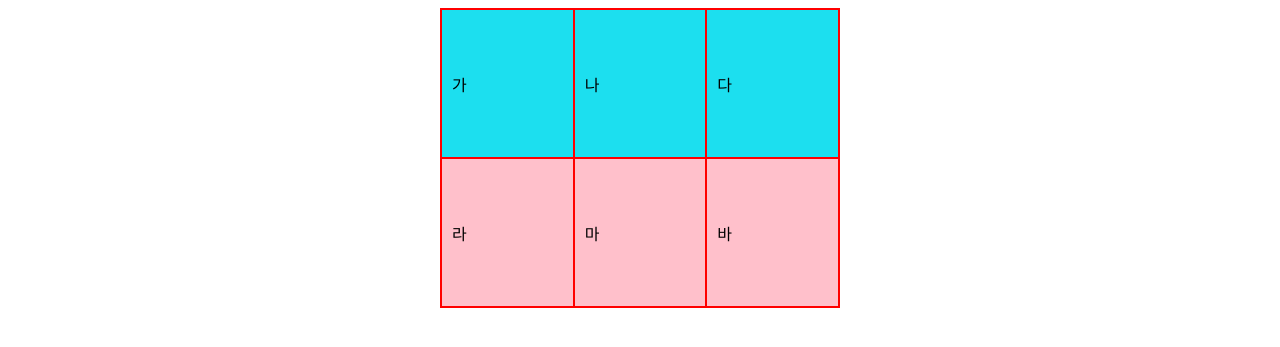
Repository: song-bean/Web_song
Page: 01_HTML/src/main/webapp/Ex09_table.html
An editor plug-in stored every save of this project. The page is shown before and after the next save, followed by the edit.
The browser window is 1280 px wide. The pictures show the whole page.

Above is the page before, as saved 2023-02-22 03:44:21.

### 01_HTML/src/main/webapp/Ex09_table.html
<!DOCTYPE html>
<html>
<head>
<meta charset="UTF-8">
<title>Ex09</title>
</head>
<body>
	<!-- 두줄 세칸 -->
	<table border="1" width="400" height="300"
			align="center" bordercolor="red"
			bgcolor="pink" cellspacing="0"
			cellpadding="10">
		<tr bgcolor="1cdfef"> <!-- 한 줄 -->
			<td>가</td> <!-- 한 칸 -->
			<td>나</td>
			<td>다</td>
		</tr>

		<tr>
			<td>라</td>
			<td>마</td>
			<td>바</td>
		</tr>
	</table>
</body>
</html>

After the next save:
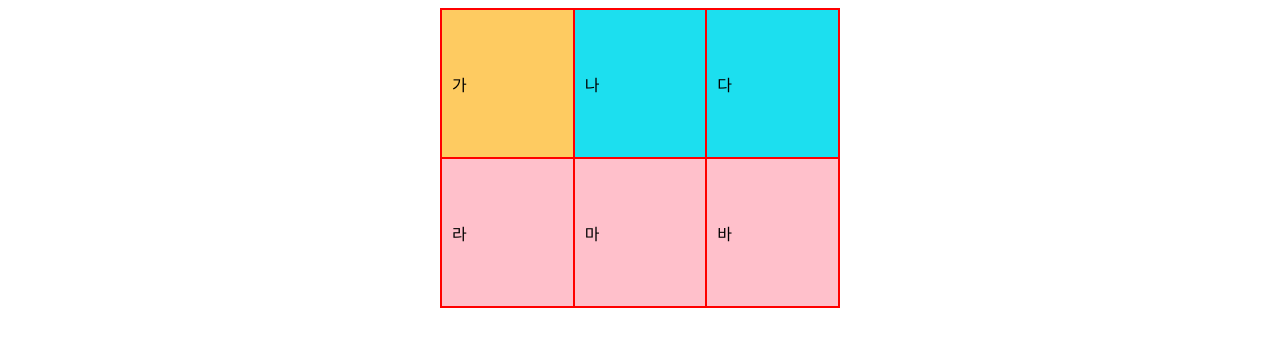
Saved 106 s later.
--- a/01_HTML/src/main/webapp/Ex09_table.html
+++ b/01_HTML/src/main/webapp/Ex09_table.html
@@ -10,8 +10,8 @@
 			align="center" bordercolor="red"
 			bgcolor="pink" cellspacing="0"
 			cellpadding="10">
-		<tr bgcolor="1cdfef"> <!-- 한 줄 -->
-			<td>가</td> <!-- 한 칸 -->
+		<tr bgcolor="#1cdfef"> <!-- 한 줄 -->
+			<td bgcolor="#fecb61">가</td> <!-- 한 칸 -->
 			<td>나</td>
 			<td>다</td>
 		</tr>
